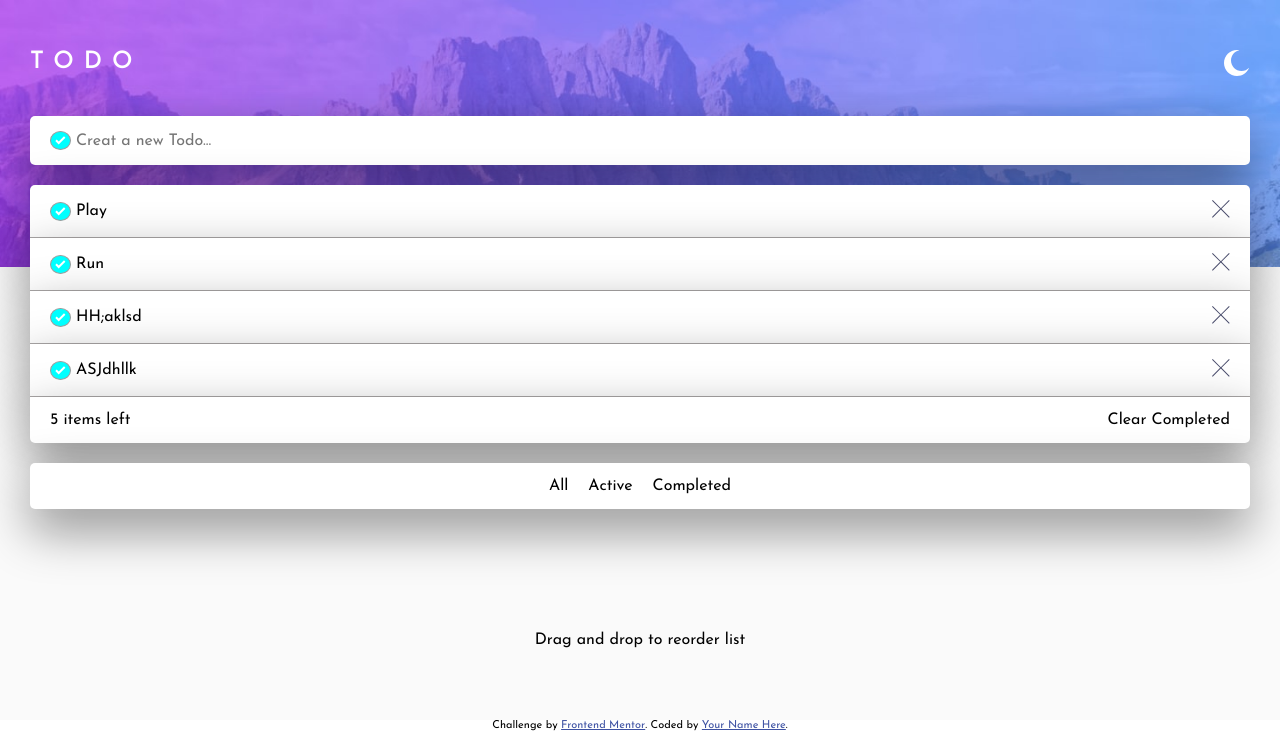
Repository: Baraajad231/Todo-app
Page: /
The author's editor kept a copy of each file at every save. The page is drawn from the files as they stood at one save, then again after a run of saves.
The browser window is 1280 px wide. The pictures show the whole page.
The project was rebuilt for these pictures with package versions that can differ from the ones it lists, and the page was loaded fresh each time. Also part of the build but not shown: vite.config.js.

Above is the page before, as saved 2025-12-28 02:11:02.

After the next 2 saves:
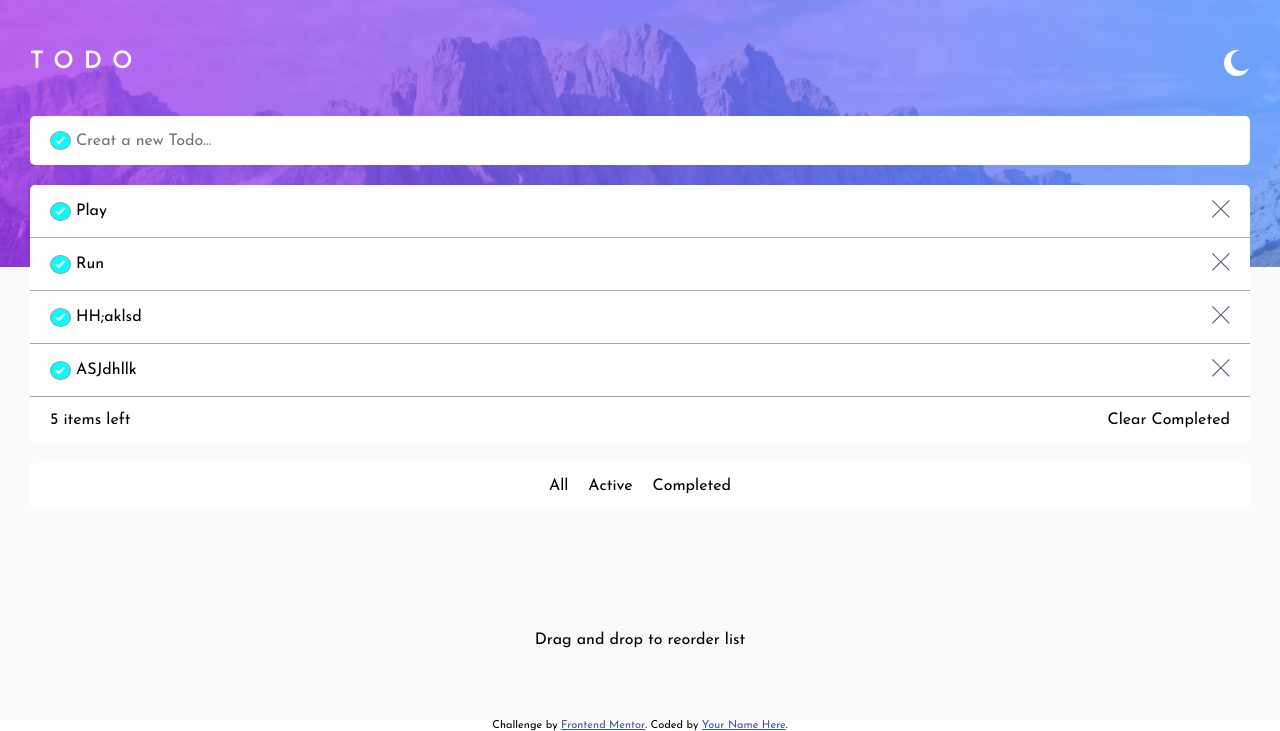
The 2 saves are shown as one change because they came seconds apart.
The last was saved 9 s later.
--- a/styles/style.scss
+++ b/styles/style.scss
@@ -111,7 +111,7 @@
       display: flex;
       align-items: center;
 
-      box-shadow: 0 2rem 5rem 0.1rem rgba(0, 0, 0, 0.437);
+      box-shadow: 0 2rem 5rem 0s1rem rgba(0, 0, 0, 0.437);
       &:nth-child(2) {
         border-radius: 0.5rem 0.5rem 0 0;
       }

After the 2 saves that followed:
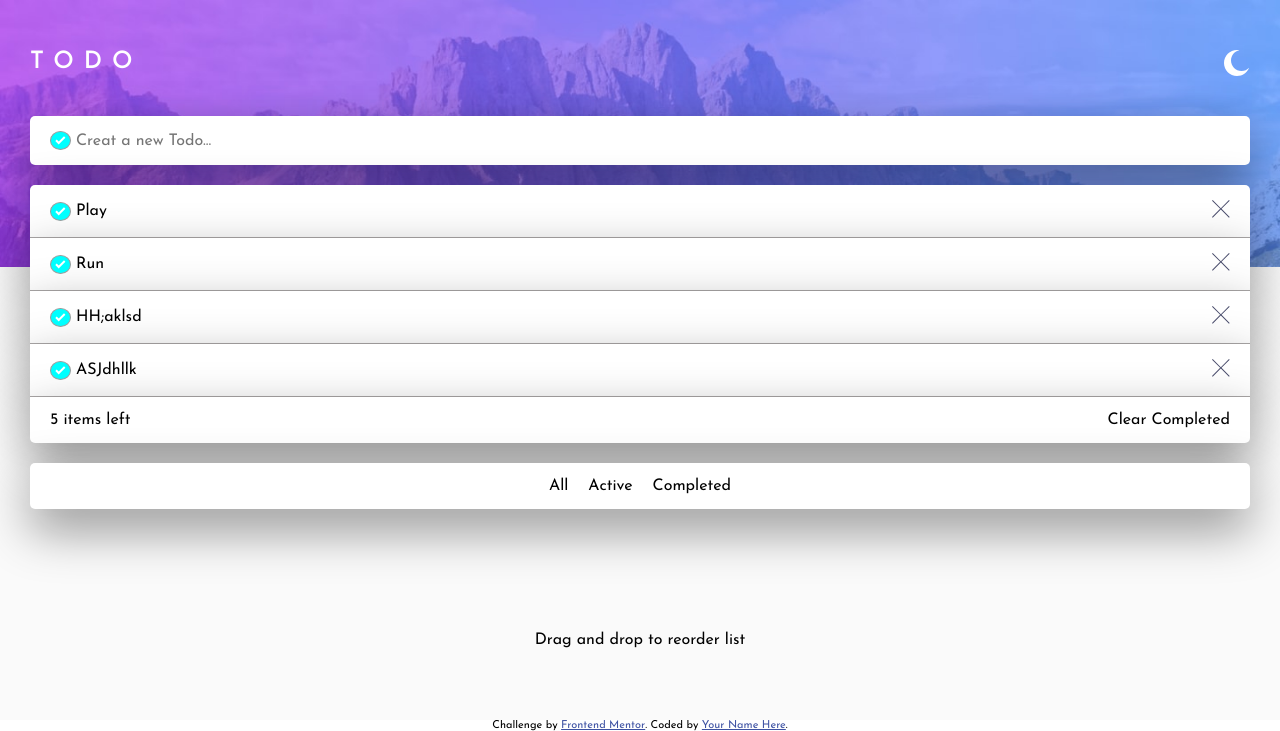
The 2 saves are shown as one change because they came seconds apart.
The last was saved 6 s later.
--- a/styles/style.scss
+++ b/styles/style.scss
@@ -111,7 +111,7 @@
       display: flex;
       align-items: center;
 
-      box-shadow: 0 2rem 5rem 0s1rem rgba(0, 0, 0, 0.437);
+      box-shadow: 0 2rem 5rem 0.01rem rgba(0, 0, 0, 0.437);
       &:nth-child(2) {
         border-radius: 0.5rem 0.5rem 0 0;
       }
